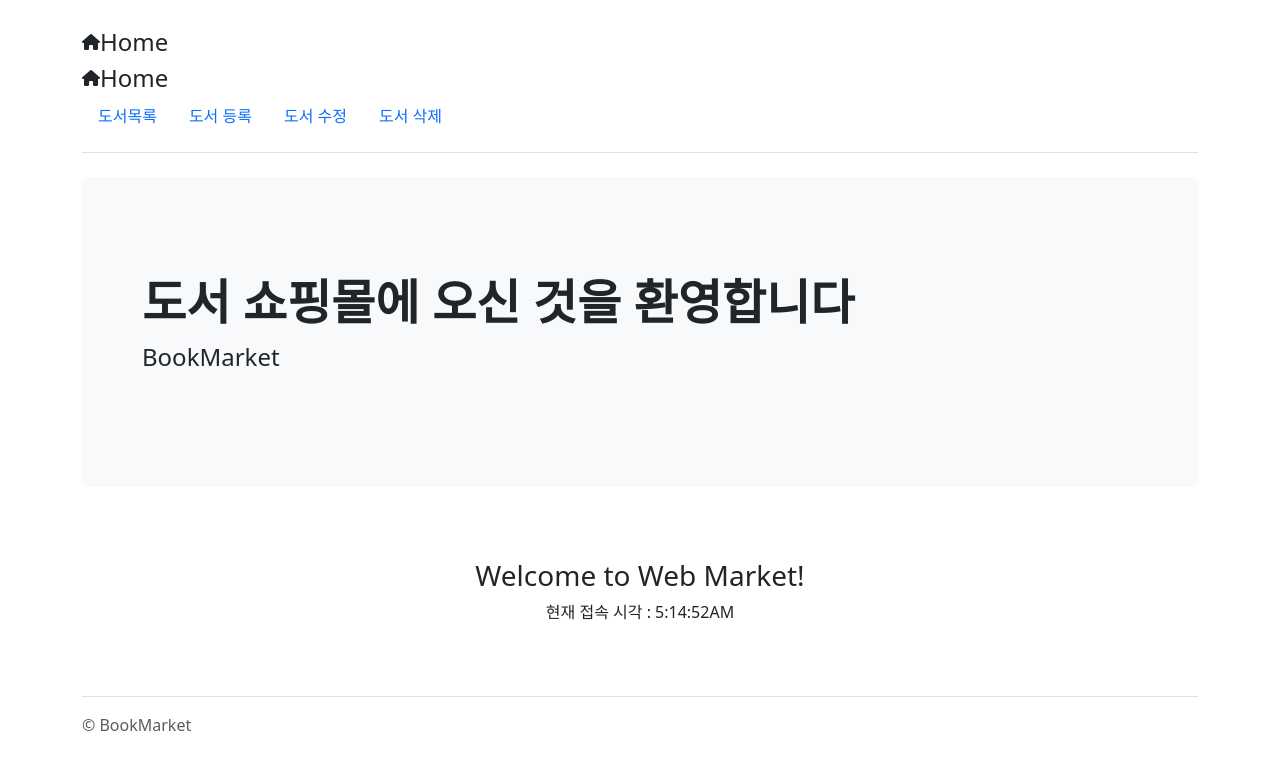
Repository: byeolchorong/ITedunet
Page: http://localhost/BookMarket/welcome.jsp
An editor plug-in stored every save of this project. The page is shown before and after the next save, followed by the edit.
The browser window is 1280 px wide. The pictures show the whole page.
Some web libraries are served in a nearby version. The page is served by Tomcat 10. Nobody is signed in. The application's start-up code is not run.

Above is the page before, as saved 2025-05-26 02:08:43.

After the next save:
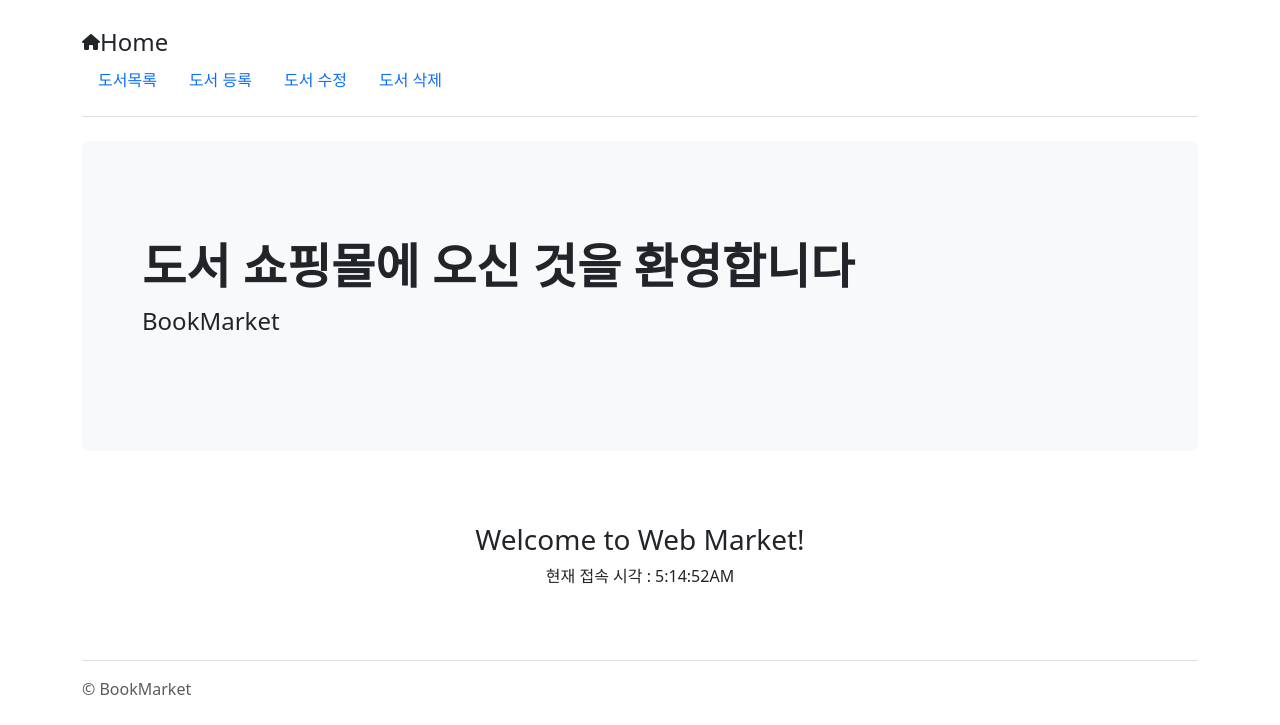
Saved 24 s later.
--- a/JSP/BookMarket/src/main/webapp/welcome.jsp
+++ b/JSP/BookMarket/src/main/webapp/welcome.jsp
@@ -13,10 +13,7 @@
 <body>
 	<div class="container py-4">
 		<header>
-			<a href="./welcome.jsp" class="d-flex align-items-center text-dark text-decoration-none">
-				<i class="fa-solid fa-house"></i>
-				<span class="fs-4">Home</span>
-			</a>
+
 		</header>
 		<%@ include file="menu.jsp" %>
 		<%! String greeting = "도서 쇼핑몰에 오신 것을 환영합니다";
